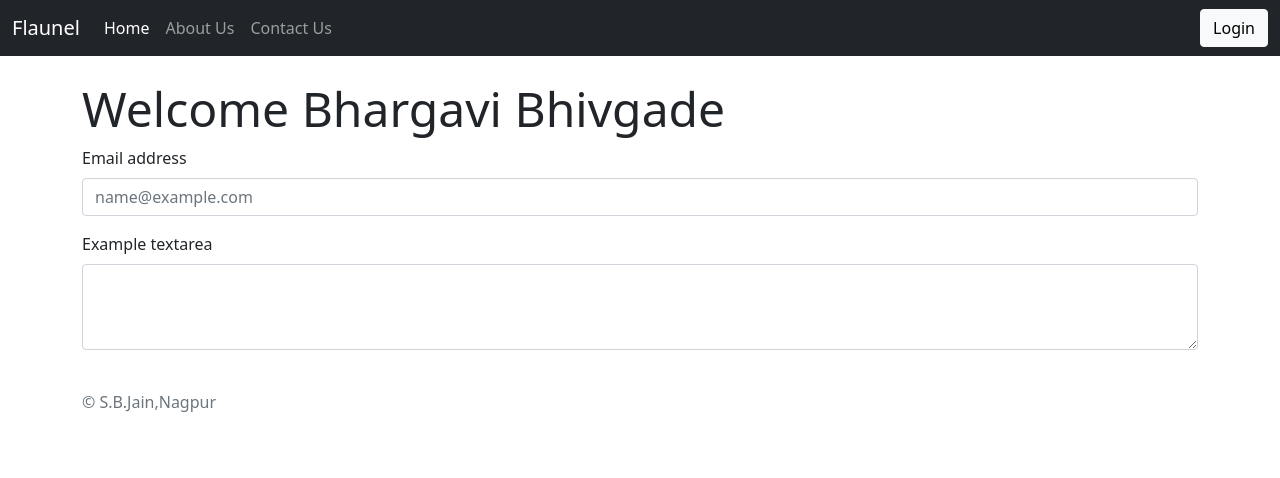
Repository: bhivgadePrajakta/Flaunel--A-LED-Display-Board
Page: http://localhost/home.php
The author's editor kept a copy of each file at every save. The page is drawn from the files as they stood at one save, then again after the next save.
The browser window is 1280 px wide. The pictures show the whole page.
The page is run by PHP 8.4 with error messages shown; the project is at /var/www/html/.

Above is the page before, as saved 2022-04-30 12:26:02.

### home.php
<!doctype html>
<html lang="en">
  <head>
    <!-- Required meta tags -->
    <meta charset="utf-8">
    <meta name="viewport" content="width=device-width, initial-scale=1">

    <!-- Bootstrap CSS -->
    <link href="https://cdn.jsdelivr.net/npm/bootstrap@5.0.2/dist/css/bootstrap.min.css" rel="stylesheet" integrity="sha384-EVSTQN3/azprG1Anm3QDgpJLIm9Nao0Yz1ztcQTwFspd3yD65VohhpuuCOmLASjC" crossorigin="anonymous">

    <title>FLAUNEL</title>
  </head>
  <body>
    <nav class="navbar navbar-expand-lg navbar-dark bg-dark">
        <div class="container-fluid">
          <a class="navbar-brand" href="#">Flaunel</a>
          <button class="navbar-toggler" type="button" data-bs-toggle="collapse" data-bs-target="#navbarSupportedContent" aria-controls="navbarSupportedContent" aria-expanded="false" aria-label="Toggle navigation">
            <span class="navbar-toggler-icon"></span>
          </button>
          <div class="collapse navbar-collapse" id="navbarSupportedContent">
            <ul class="navbar-nav me-auto mb-2 mb-lg-0">
              <li class="nav-item">
                <a class="nav-link active" aria-current="page" href="#">Home</a>
              </li>
              <li class="nav-item">
                <a class="nav-link" href="#">About Us</a>
              </li>
              <li class="nav-item ">
                <a class="nav-link" href="#" id="navbarDropdown" role="button">
                  Contact Us</a>

              </li>

            </ul>
            <form class="d-flex">

              <button class="btn btn-light" type="submit">Login</button>
            </form>
          </div>
        </div>
      </nav>
<div class="container py-4">
    <h5 class="display-5">Welcome Bhargavi Bhivgade</h5>
    <h6></h6>
    <div class="mb-3">
  <label for="exampleFormControlInput1" class="form-label">Email address</label>
  <input type="email" class="form-control" id="exampleFormControlInput1" placeholder="name@example.com">
</div>
<div class="mb-3">
  <label for="exampleFormControlTextarea1" class="form-label">Example textarea</label>
  <textarea class="form-control" id="exampleFormControlTextarea1" rows="3"></textarea>
</div>
</div>

<div class="container">
    <span class="text-muted">&copy; S.B.Jain,Nagpur</span>
  </div>
    <!-- Optional JavaScript; choose one of the two! -->

    <!-- Option 1: Bootstrap Bundle with Popper -->
    <script src="https://cdn.jsdelivr.net/npm/bootstrap@5.0.2/dist/js/bootstrap.bundle.min.js" integrity="sha384-MrcW6ZMFYlzcLA8Nl+NtUVF0sA7MsXsP1UyJoMp4YLEuNSfAP+JcXn/tWtIaxVXM" crossorigin="anonymous"></script>

    <!-- Option 2: Separate Popper and Bootstrap JS -->
    <!--
    <script src="https://cdn.jsdelivr.net/npm/@popperjs/core@2.9.2/dist/umd/popper.min.js" integrity="sha384-IQsoLXl5PILFhosVNubq5LC7Qb9DXgDA9i+tQ8Zj3iwWAwPtgFTxbJ8NT4GN1R8p" crossorigin="anonymous"></script>
    <script src="https://cdn.jsdelivr.net/npm/bootstrap@5.0.2/dist/js/bootstrap.min.js" integrity="sha384-cVKIPhGWiC2Al4u+LWgxfKTRIcfu0JTxR+EQDz/bgldoEyl4H0zUF0QKbrJ0EcQF" crossorigin="anonymous"></script>
    -->
  </body>
</html>

After the next save:
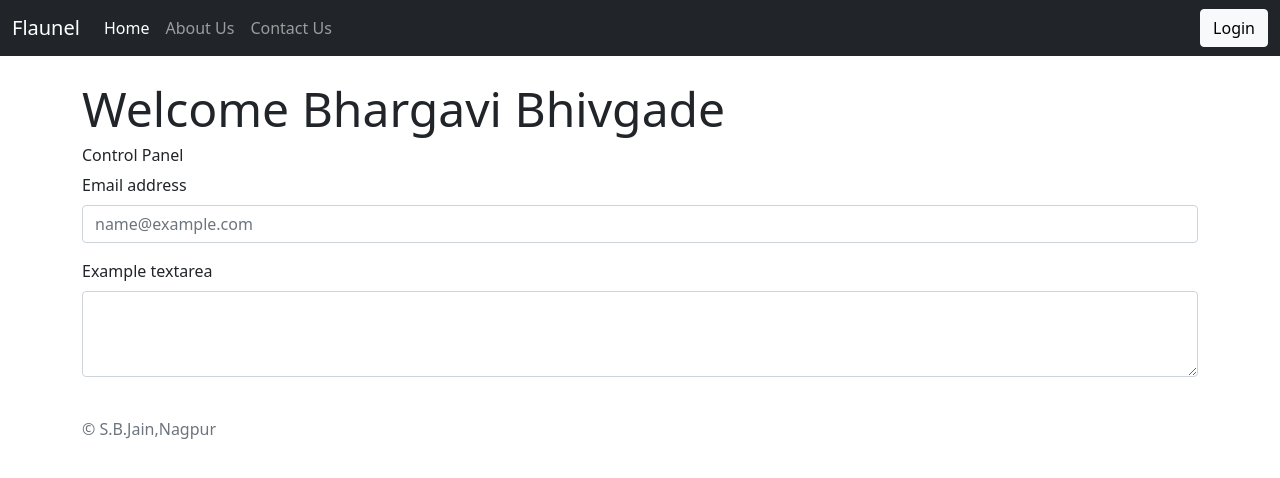
Saved 39 s later.
--- a/home.php
+++ b/home.php
@@ -41,7 +41,7 @@
       </nav>
 <div class="container py-4">
     <h5 class="display-5">Welcome Bhargavi Bhivgade</h5>
-    <h6></h6>
+    <h6>Control Panel</h6>
     <div class="mb-3">
   <label for="exampleFormControlInput1" class="form-label">Email address</label>
   <input type="email" class="form-control" id="exampleFormControlInput1" placeholder="name@example.com">
